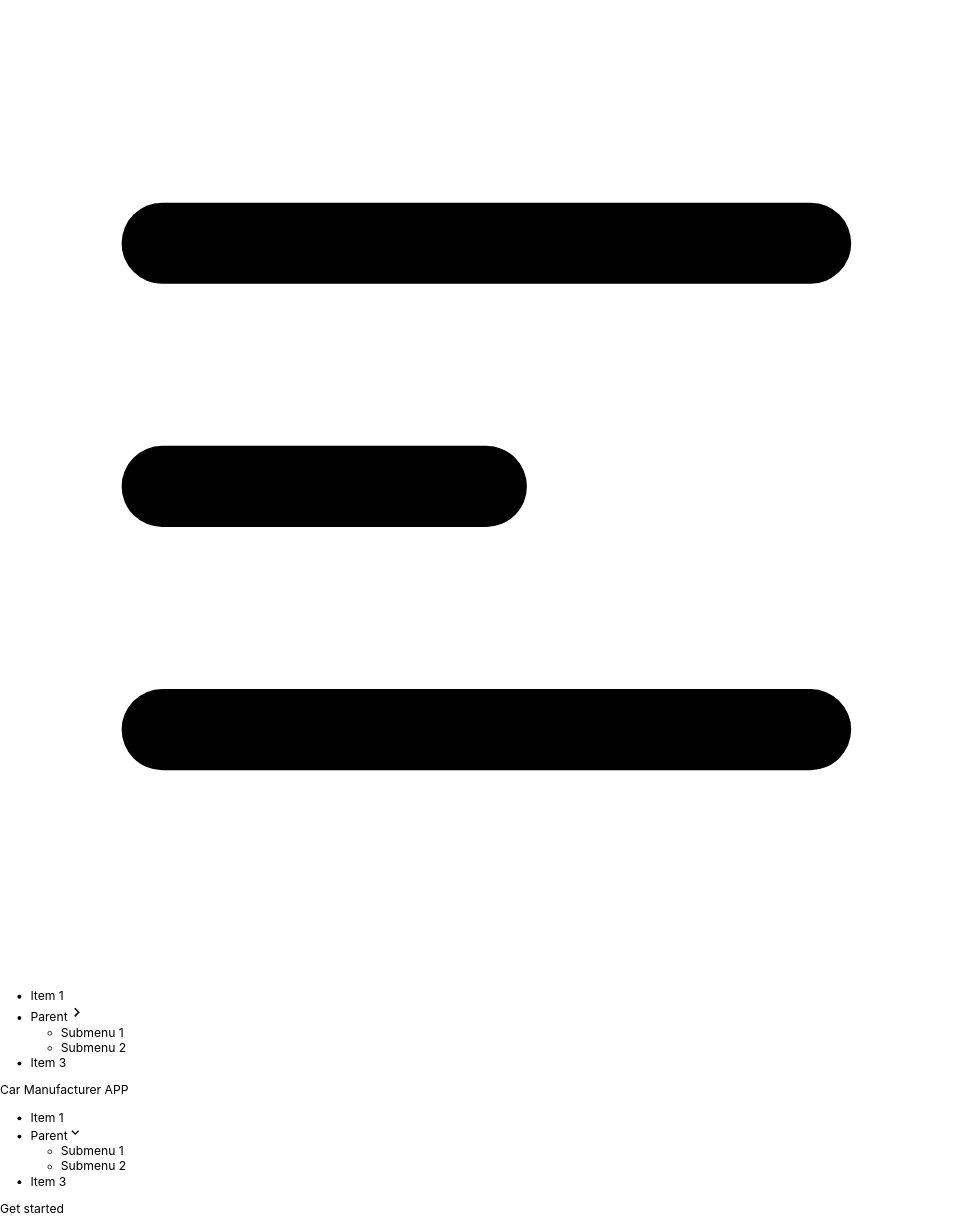
Repository: devsajid/car-manufacturer-app
Page: /
The author's editor kept a copy of each file at every save. The page is drawn from the files as they stood at one save, then again after the next save.
The browser window is 1280 px wide. The pictures show the whole page, at 76% of full size.
The project was rebuilt for these pictures with package versions that can differ from the ones it lists, and the page was loaded fresh each time. Also part of the build but not shown: src/App.css.

Above is the page before, as saved 2022-05-22 12:21:28.

### src/App.js
import "./App.css";
import Navbar from "./SharedComponents/Navbar/Navbar";

function App() {
  return (
    <div>
      <Navbar></Navbar>
    </div>
  );
}

export default App;

### src/SharedComponents/Navbar/Navbar.js
import React from "react";

const Navbar = () => {
  return (
    <div>
      <div class="navbar bg-neutral text-base-100">
        <div class="navbar-start text-base-100">
          <div class="dropdown">
            <label tabindex="0" class="btn btn-ghost lg:hidden">
              <svg
                xmlns="http://www.w3.org/2000/svg"
                class="h-5 w-5"
                fill="none"
                viewBox="0 0 24 24"
                stroke="currentColor"
              >
                <path
                  stroke-linecap="round"
                  stroke-linejoin="round"
                  stroke-width="2"
                  d="M4 6h16M4 12h8m-8 6h16"
                />
              </svg>
            </label>
            <ul
              tabindex="0"
              class="menu menu-compact dropdown-content mt-3 p-2 shadow bg-neutral base-100 rounded-box w-100"
            >
              <li>
                <a>Item 1</a>
              </li>
              <li tabindex="0">
                <a class="justify-between text-base-100">
                  Parent
                  <svg
                    class="fill-current"
                    xmlns="http://www.w3.org/2000/svg"
                    width="24"
                    height="24"
                    viewBox="0 0 24 24"
                  >
                    <path d="M8.59,16.58L13.17,12L8.59,7.41L10,6L16,12L10,18L8.59,16.58Z" />
                  </svg>
                </a>
                <ul class="p-2">
                  <li>
                    <a>Submenu 1</a>
                  </li>
                  <li>
                    <a>Submenu 2</a>
                  </li>
                </ul>
              </li>
              <li>
                <a>Item 3</a>
              </li>
            </ul>
          </div>
          <a className="btn btn-ghost bg- normal-case text-base-100 text-xl">
            Car Manufacturer APP
          </a>
        </div>
        <div class="navbar-center hidden lg:flex">
          <ul class="menu menu-horizontal p-0">
            <li>
              <a>Item 1</a>
            </li>
            <li tabindex="0">
              <a>
                Parent
                <svg
                  class="fill-current"
                  xmlns="http://www.w3.org/2000/svg"
                  width="20"
                  height="20"
                  viewBox="0 0 24 24"
                >
                  <path d="M7.41,8.58L12,13.17L16.59,8.58L18,10L12,16L6,10L7.41,8.58Z" />
                </svg>
              </a>
              <ul class="p-2">
                <li>
                  <a>Submenu 1</a>
                </li>
                <li>
                  <a>Submenu 2</a>
                </li>
              </ul>
            </li>
            <li>
              <a>Item 3</a>
            </li>
          </ul>
        </div>
        <div class="navbar-end">
          <a>Get started</a>
        </div>
      </div>
    </div>
  );
};

export default Navbar;

Loaded but not shown: public/index.html (common file); src/index.js (common file); src/index.css (common file); src/reportWebVitals.js (common file)

After the next save:
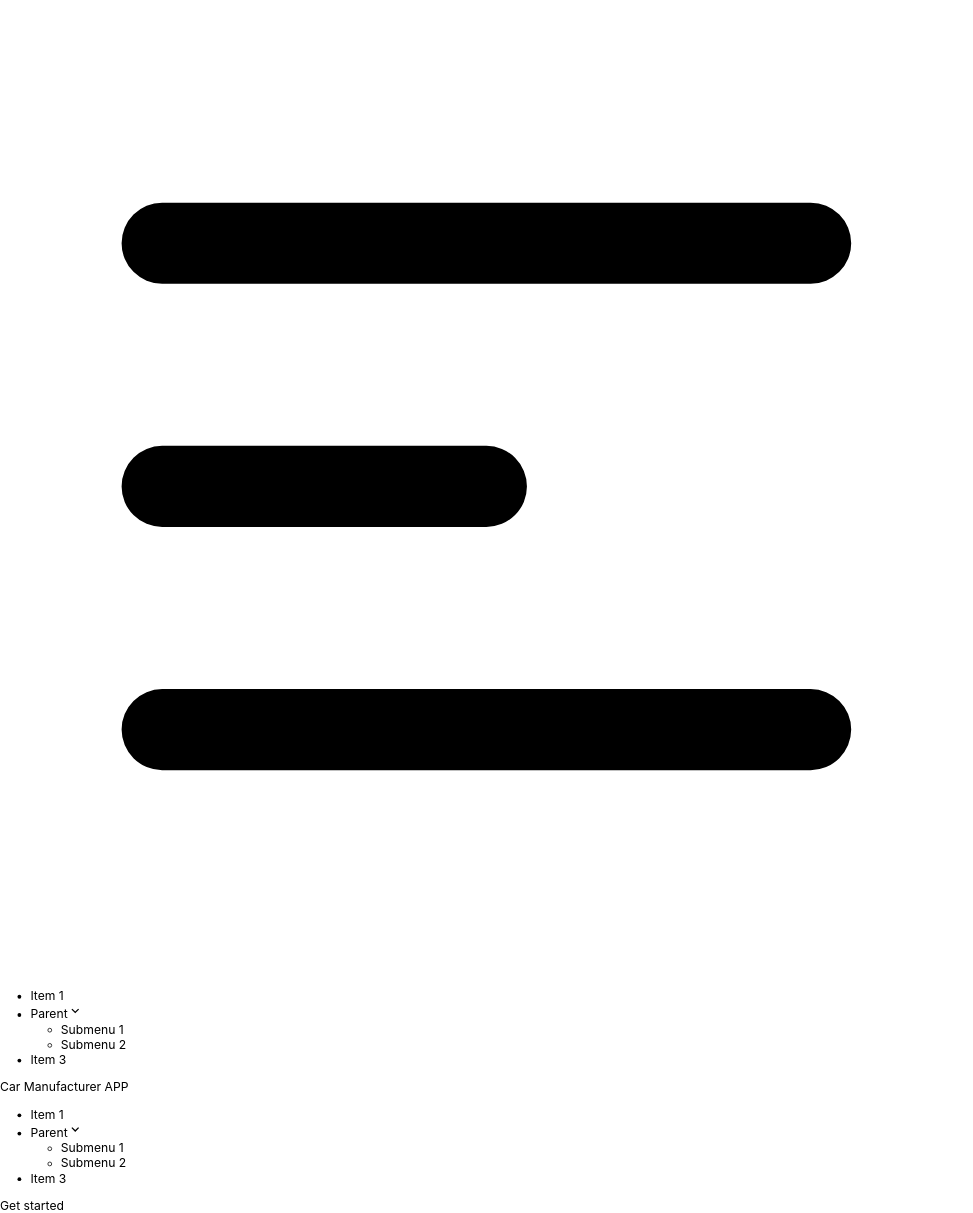
Saved 15 s later.
--- a/src/SharedComponents/Navbar/Navbar.js
+++ b/src/SharedComponents/Navbar/Navbar.js
@@ -30,16 +30,16 @@
                 <a>Item 1</a>
               </li>
               <li tabindex="0">
-                <a class="justify-between text-base-100">
+                <a>
                   Parent
                   <svg
                     class="fill-current"
                     xmlns="http://www.w3.org/2000/svg"
-                    width="24"
-                    height="24"
+                    width="20"
+                    height="20"
                     viewBox="0 0 24 24"
                   >
-                    <path d="M8.59,16.58L13.17,12L8.59,7.41L10,6L16,12L10,18L8.59,16.58Z" />
+                    <path d="M7.41,8.58L12,13.17L16.59,8.58L18,10L12,16L6,10L7.41,8.58Z" />
                   </svg>
                 </a>
                 <ul class="p-2">

After the save that followed:
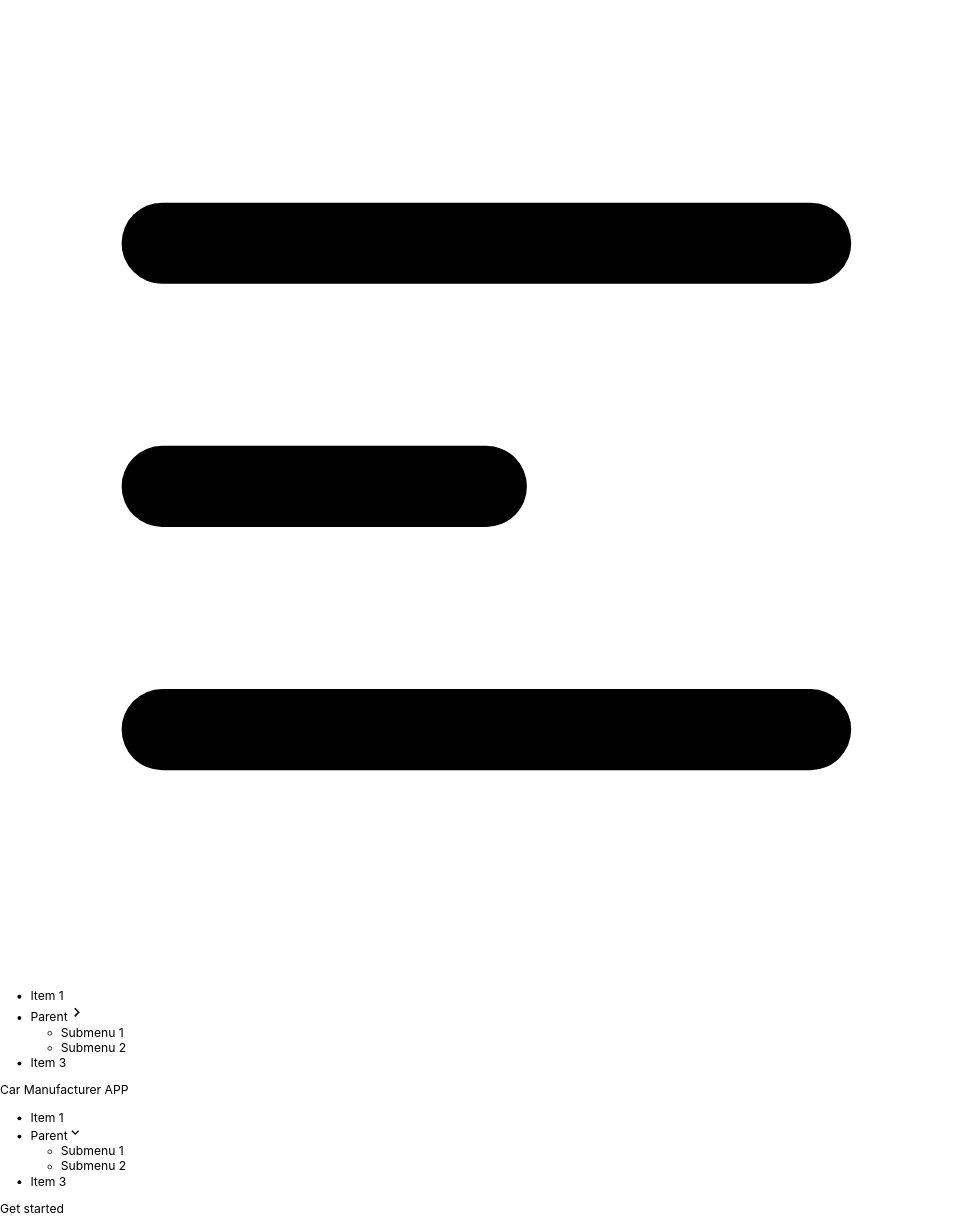
Saved 64 s later.
--- a/src/SharedComponents/Navbar/Navbar.js
+++ b/src/SharedComponents/Navbar/Navbar.js
@@ -30,16 +30,16 @@
                 <a>Item 1</a>
               </li>
               <li tabindex="0">
-                <a>
+                <a class="justify-between">
                   Parent
                   <svg
                     class="fill-current"
                     xmlns="http://www.w3.org/2000/svg"
-                    width="20"
-                    height="20"
+                    width="24"
+                    height="24"
                     viewBox="0 0 24 24"
                   >
-                    <path d="M7.41,8.58L12,13.17L16.59,8.58L18,10L12,16L6,10L7.41,8.58Z" />
+                    <path d="M8.59,16.58L13.17,12L8.59,7.41L10,6L16,12L10,18L8.59,16.58Z" />
                   </svg>
                 </a>
                 <ul class="p-2">
